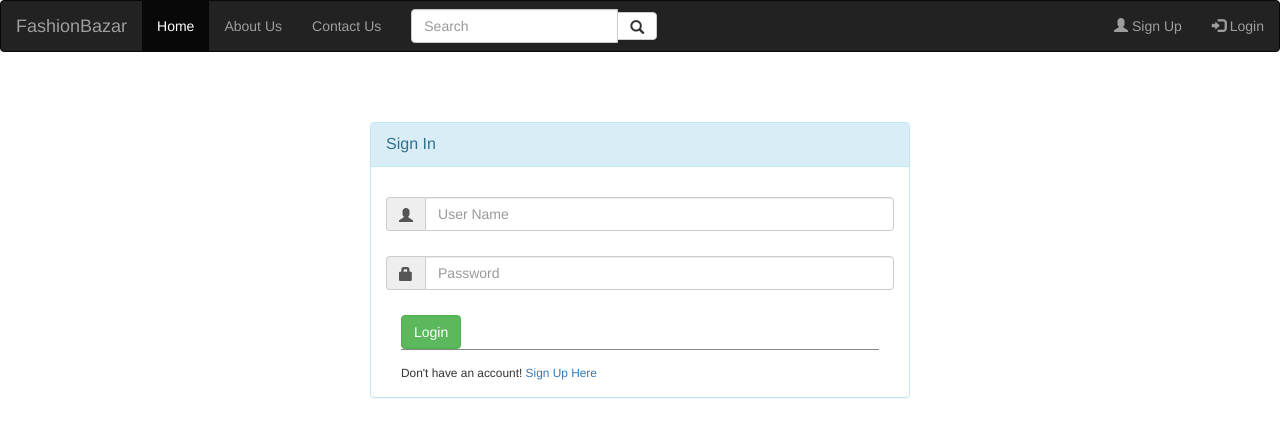
Repository: SmithaMendonca/Project-1
Page: http://localhost/FashionBazarFrontend/WEB-INF/views/Login.jsp
These files come from the project's save history. The page is drawn as it stood at one moment and after the next save; the edit follows.
The browser window is 1280 px wide. The pictures show the whole page.
The page is served by Tomcat 9. Nobody is signed in. Other server files are loaded and not shown. The template is opened directly, without the code that normally fills it, so the values that code supplies are empty.

Above is the page before, as saved 2019-06-06 03:57:02.

### FashionBazarFrontend/src/main/webapp/WEB-INF/views/Login.jsp
<%@include file="Header.jsp"%>

<div class="container">
        <div id="loginbox" style="margin-top:50px;" class="mainbox col-md-6 col-md-offset-3 col-sm-8 col-sm-offset-2">
            <div class="panel panel-info" >
                    <div class="panel-heading">
                        <div class="panel-title">Sign In</div>
                    </div>

                    <div style="padding-top:30px" class="panel-body" >

                        <div style="display:none" id="login-alert" class="alert alert-danger col-sm-12"></div>

                        <form action="perform_login" method="post" role="form">

                            <div style="margin-bottom: 25px" class="input-group">
                                        <span class="input-group-addon"><i class="glyphicon glyphicon-user"></i></span>
                                        <input id="login-username" type="text" class="form-control" name="username" value="" placeholder="User Name">
                                    </div>

                            <div style="margin-bottom: 25px" class="input-group">
                                        <span class="input-group-addon"><i class="glyphicon glyphicon-lock"></i></span>
                                        <input id="login-password" type="password" class="form-control" name="password" placeholder="Password">
                                    </div>


                                <div style="margin-top:10px" class="form-group">
                                    <!-- Button -->
                                    <div class="col-sm-12 controls">
                                         <input type="submit" value="Login" class="btn btn-success"/>
                                    </div>
                                </div>


                                <div class="form-group">
                                    <div class="col-md-12 control">
                                        <div style="border-top: 1px solid#888; padding-top:15px; font-size:85%" >
                                            Don't have an account!
                                        <a href="<c:url value="/register"/>" onClick="$('#loginbox').hide(); $('#signupbox').show()">
                                            Sign Up Here
                                        </a>
                                        </div>
                                    </div>
                                </div>
                            </form>
                         </div>
                    </div>
               </div>
    </div>

</body>
</html>

### FashionBazarFrontend/src/main/webapp/WEB-INF/views/Header.jsp
<%@ page language="java" contentType="text/html"%>
<%@ taglib uri="http://java.sun.com/jsp/jstl/core" prefix="c"%>
<%@taglib prefix="form" uri="http://www.springframework.org/tags/form"%>
<html>
<head>
<title>Welcome to Fashion Bazar</title>
 <meta charset="utf-8">
 <meta name="viewport" content="width=device-width, initial-scale=1">
 <link rel="stylesheet" href="https://maxcdn.bootstrapcdn.com/bootstrap/3.4.0/css/bootstrap.min.css">
  <script src="https://ajax.googleapis.com/ajax/libs/jquery/3.4.0/jquery.min.js"></script>
  <script src="https://maxcdn.bootstrapcdn.com/bootstrap/3.4.0/js/bootstrap.min.js"></script>
</head>
<body>
	  <nav class="navbar navbar-inverse">
      <div class="container-fluid">
        <div class="navbar-header">
	         <a class="navbar-brand" href="#">FashionBazar</a>
        </div>
        <ul class="nav navbar-nav">
         <c:if test="${!sessionScope.loggedIn }">
	      <li class="active"><a href="index.jsp">Home</a></li>
          <li><a href="<c:url value="/aboutus"/>">About Us</a></li>
          <li><a href="<c:url value="/contactus"/>">Contact Us</a></li>
          <form class="navbar-form navbar-left">
  				<div class="input-group">
    			  <input type="text" class="form-control" placeholder="Search">
   				 	<div class="input-group-btn">
      				<button class="btn btn-default" type="submit">
        				<i class="glyphicon glyphicon-search"></i>
      				</button>
    				</div>
  				</div>
			</form>
         </c:if>

         <c:if test="${sessionScope.loggedIn }">
               <c:if test="${sessionScope.role=='ROLE_ADMIN' }">
	      <li><a href="<c:url value="/category"/>">Category Management</a></li>
          <li><a href="<c:url value="/product"/>">Product Management</a></li>
               </c:if>
         </c:if>

          <c:if test="${sessionScope.loggedIn }">
              <c:if test="${sessionScope.role=='ROLE_USER' }">
           <li><a href="<c:url value="/productPage"/>">Products</a></li>
          <li><a href="<c:url value="/showCart"/>">Cart</a></li>
              </c:if>
          </c:if>
       </ul>

       <ul class="nav navbar-nav navbar-right">
         <c:if test="${!sessionScope.loggedIn }">
	     	<li><a href="<c:url value="/register"/>"><span class="glyphicon glyphicon-user"></span> Sign Up</a></li>
        	 <li><a href="<c:url value="/login"/>"><span class="glyphicon glyphicon-log-in"></span> Login</a></li>
         </c:if>

         <c:if test="${sessionScope.loggedIn }">
            <li><a href="#"><span class="glyphicon glyphicon-user"></span>Hi ${sessionScope.username}</a></li>
            <li><a href="<c:url value="/perform_logout"/>"><span class="glyphicon glyphicon-log-in"></span> Logout</a></li>
         </c:if>
       </ul>
     </div>
    </nav>
</body>
</html>

After the next save:
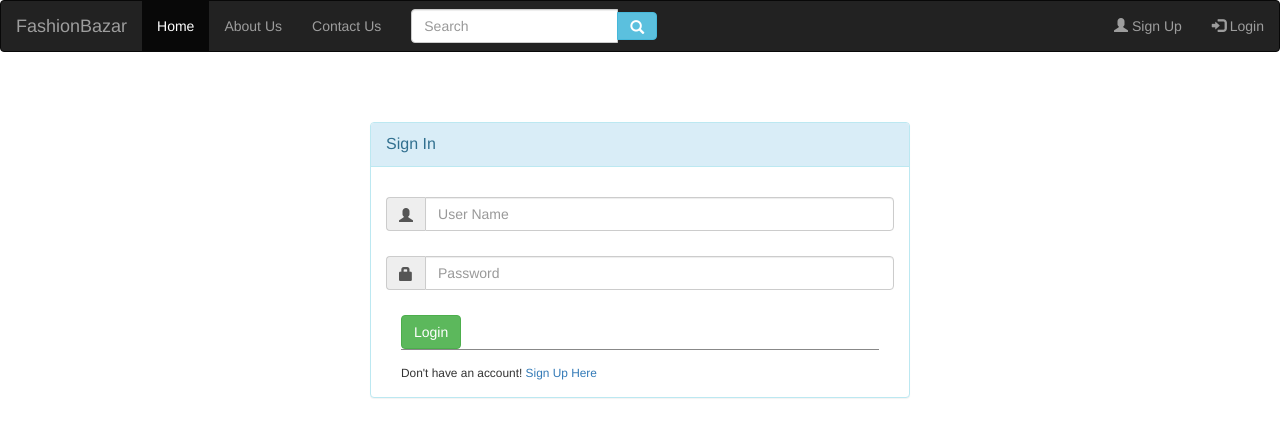
Saved 6 min 22 s later.
--- a/FashionBazarFrontend/src/main/webapp/WEB-INF/views/Header.jsp
+++ b/FashionBazarFrontend/src/main/webapp/WEB-INF/views/Header.jsp
@@ -25,7 +25,7 @@
   				<div class="input-group">
     			  <input type="text" class="form-control" placeholder="Search">
    				 	<div class="input-group-btn">
-      				<button class="btn btn-default" type="submit">
+      				<button class="btn btn-info" type="submit">
         				<i class="glyphicon glyphicon-search"></i>
       				</button>
     				</div>
